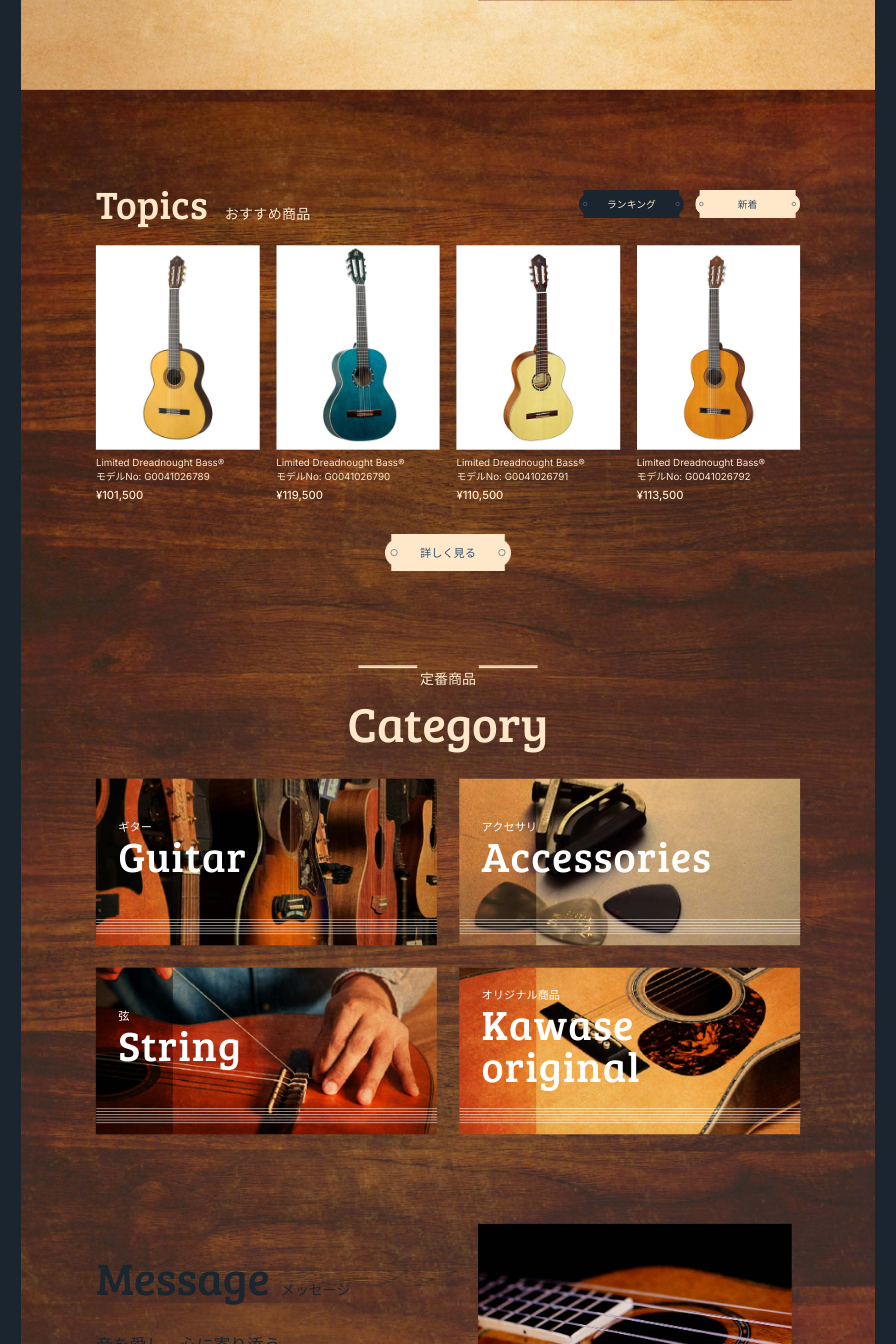
Repository: hyms035k/-----
Page: index.html
The author's editor kept a copy of each file at every save. The page is drawn from the files as they stood at one save, then again after the next save.
The browser window is 1280 px wide. The pictures show the part of the page from y = 1209 to 3129 px (the page is 3446 px tall), at 70% of full size.
Some web fonts or font styles are not loaded; a fallback is used. Some web libraries are served in a nearby version. The style sheet was rebuilt from its Sass, Less or Tailwind sources for each picture, by a compiler version that may differ from the author's.

Above is the page before, as saved 2025-06-05 16:27:09.

After the next save:
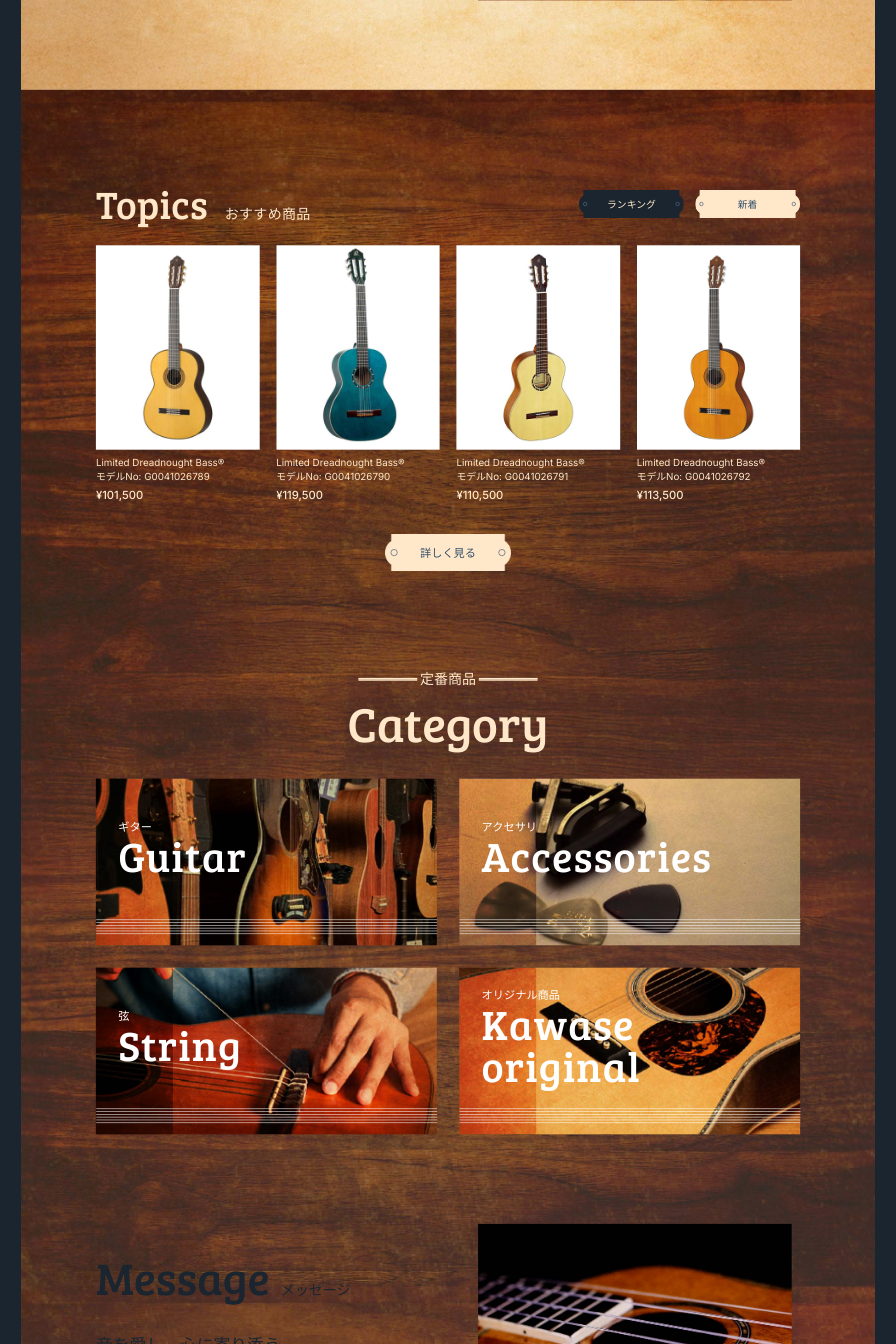
Saved 25 s later.
--- a/index.html
+++ b/index.html
@@ -20,7 +20,7 @@
         }
         @layer utilities {
             .outside-double-border {
-                @apply flex mx-auto w-64;
+                @apply flex items-center mx-auto w-64;
             }
             .outside-double-border:before,
             .outside-double-border:after {
